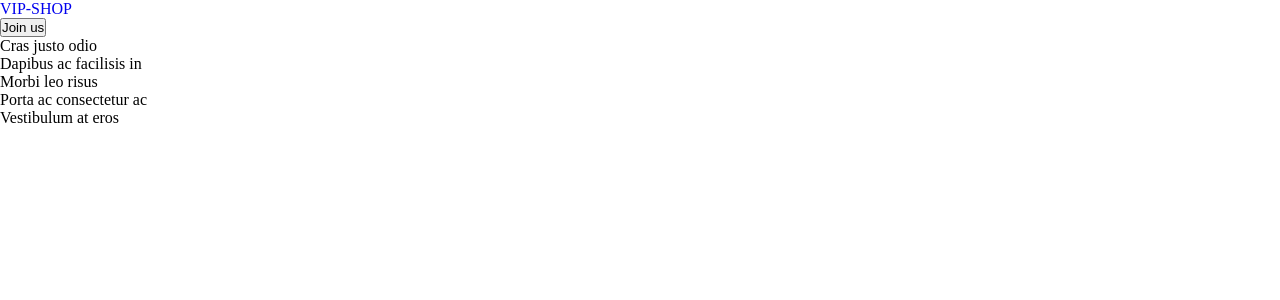
Repository: Mirsmog/VIP-SHOP
Page: / (app in client/)
An editor plug-in stored every save of this project. The page is shown before and after the next save, followed by the edit.
The browser window is 1280 px wide. The pictures show the whole page.
The project was rebuilt for these pictures with package versions that can differ from the ones it lists, and the page was loaded fresh each time. Also part of the build but not shown: client/vite.config.js, client/src/pages/Admin.tsx, client/src/pages/Auth.jsx, client/src/pages/DevicePage.tsx, client/src/pages/Basket.jsx.

Above is the page before, as saved 2023-11-04 14:02:43.

After the next save:
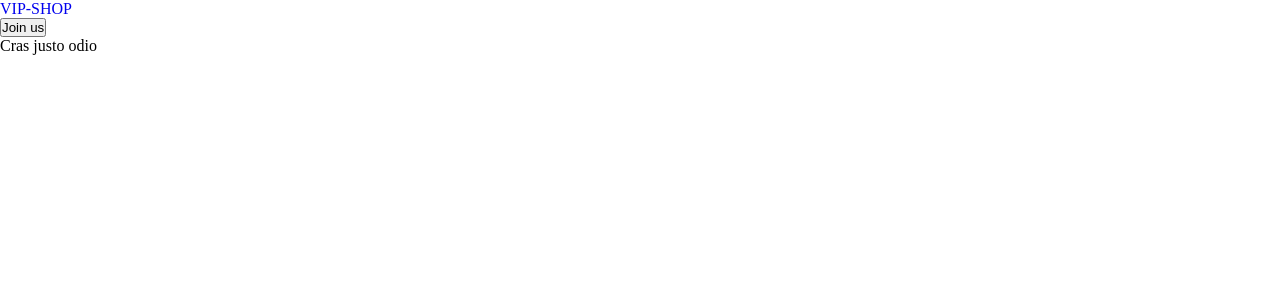
Saved 26 s later.
--- a/client/src/components/TypeBar.jsx
+++ b/client/src/components/TypeBar.jsx
@@ -8,10 +8,7 @@ const TypeBar = observer(() => {
   return (
     <ListGroup>
       <ListGroup.Item>Cras justo odio</ListGroup.Item>
-      <ListGroup.Item>Dapibus ac facilisis in</ListGroup.Item>
-      <ListGroup.Item>Morbi leo risus</ListGroup.Item>
-      <ListGroup.Item>Porta ac consectetur ac</ListGroup.Item>
-      <ListGroup.Item>Vestibulum at eros</ListGroup.Item>
+
     </ListGroup>
   );
 });
